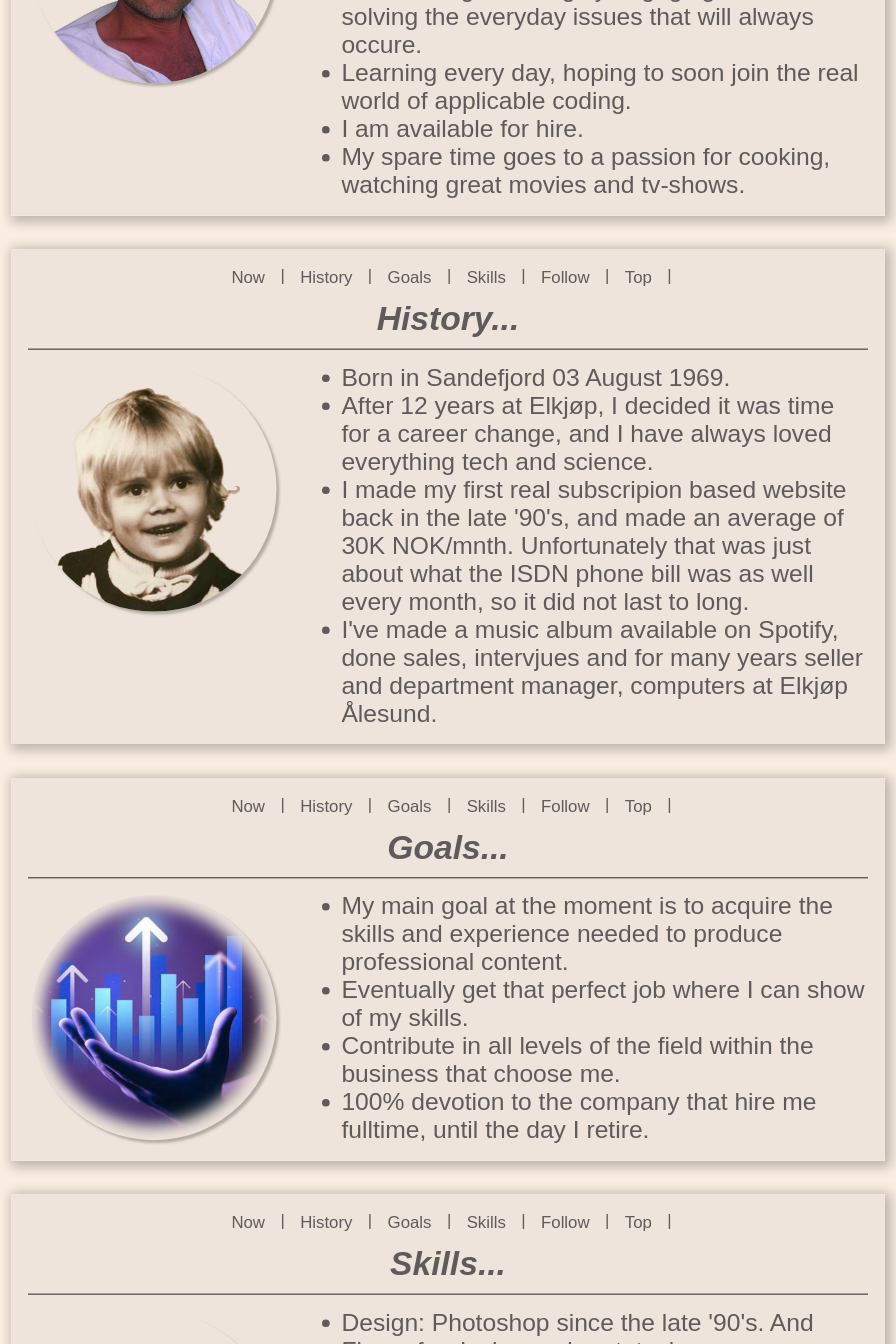
Repository: runeunhjem/portfolio1-ca
Page: about.html
An editor plug-in stored every save of this project. The page is shown before and after a run of saves, followed by the edit.
The browser window is 1280 px wide. The pictures show the part of the page from y = 767 to 2687 px (the page is 4000 px tall before and 4040 px after), at 70% of full size.
Some web fonts or font styles are not loaded; a fallback is used. The style sheet was rebuilt from its Sass, Less or Tailwind sources for each picture, by a compiler version that may differ from the author's.

Above is the page before, as saved 2023-06-07 18:42:21.

### about.html
<!DOCTYPE html>
<html lang="en">
<head>
  <meta charset="UTF-8">
  <meta http-equiv="X-UA-Compatible" content="IE=edge">
  <meta name="viewport" content="width=device-width, initial-scale=1.0">
  <meta name="keywords" content="Works, Projects, Overviev, About me, Rune Unhjem, Runicorn Design, Front End Developer">
  <meta name="description" content="Portfolio 1, Course Assignment, Read all about me, Rune Unhjem, Runicorn Design, Front End Developer">
  <link rel="stylesheet" href="css/styles.css">
  <link rel="stylesheet" href="css/carousel.css">
  <link rel="stylesheet" href="css/about.css">
  <link rel="stylesheet" href="css/footer.css">
  <link rel="shortcut icon" href="favicon.ico" type="image/x-icon">
  <link rel="stylesheet" href="css/media-queries.css">
  <script src="js/script.js" defer></script>
  <title>Portfolio 1 - All about me</title>
</head>
<body class="flex-column">
  <header class="header flex" id="header-section">
    <a class="header-left flex" href="index.html">
    <div class="flex">
        <span class="out-of-view">Runicorn Design</span>
      </div>
    </a>
    <div class="header-right flex-column">
      <nav class="hamburger flex"></nav>
      <nav class="navbar flex">
        <button class="nav-button">Home</button>
        <button class="nav-button active">About</button>
        <button class="nav-button">Contact</button>
      </nav>
    </div>
  </header>
  <main class="flex-column">
    <h1 class="about-me-header flex">Read all about me</h1>
    <section class="about now" id="now-section">
      <div class="now flex-column">
        <div class="about-shortcuts flex">
          <a class="about-shortcut flex" href="#now-section">Now</a>|
          <a class="about-shortcut flex" href="#history-section">History</a>|
          <a class="about-shortcut flex" href="#goals-section">Goals</a>|
          <a class="about-shortcut flex" href="#skills-section">Skills</a>|
          <a class="about-shortcut flex" href="#follow-section">Follow</a>|
          <a class="about-shortcut flex" href="#header-section">Top</a>|
        </div>
        <h2 class="card-header flex">Now...</h2>
        <div class="about-me-card flex">
          <div class="profile-pic flex">
            <img class="profile-picture" src="images/rune-profile-pic-medium.png" alt="Profile picture of Rune">
          </div>
          <div class="intro-right about-right flex-column">
            <ul>
              <li class="about-li">I live in Kristiansand with my fiancé, and I am currently a student of <b>Front End Development</b> at Noroff School of Technology and Digital Media and I am scheduled to finish up June 2024.</li>
              <li class="about-li">I find coding to be highly engaging, and love solving the everyday issues that will always occure.</li>
              <li class="about-li">Learning every day, hoping to soon join the real world of applicable coding.</li>
              <li class="about-li">I am available for hire.</li>
              <li class="about-li">My spare time goes to a passion for cooking, watching great movies and tv-shows.</li>
            </ul>
          </div>
        </div>
      </div>
    </section>
    <section class="about history" id="history-section">
      <div class="history flex-column">
        <div class="about-shortcuts flex">
          <a class="about-shortcut flex" href="#now-section">Now</a>|
          <a class="about-shortcut flex" href="#history-section">History</a>|
          <a class="about-shortcut flex" href="#goals-section">Goals</a>|
          <a class="about-shortcut flex" href="#skills-section">Skills</a>|
          <a class="about-shortcut flex" href="#follow-section">Follow</a>|
          <a class="about-shortcut flex" href="#header-section">Top</a>|
        </div>
        <h2 class="card-header flex">History...</h2>
        <div class="about-me-card flex">
          <div class="profile-pic flex">
            <img class="profile-picture" src="images/rune-profile-pic-youngster.png" alt="Profile picture of young Rune">
          </div>
          <div class="intro-right about-right flex-column">
            <ul>
              <li class="about-li">Born in Sandefjord 03 August 1969.</li>
              <li class="about-li">After 12 years at Elkjøp, I decided it was time for a career change, and I have always loved everything tech and science.</li>
              <li class="about-li">I made my first real subscripion based website back in the late '90's, and made an average of 30K NOK/mnth. Unfortunately that was just about what the ISDN phone bill was as well every month, so it did not last to long.</li>
              <li class="about-li">I've made a music album available on Spotify, done sales, intervjues and for many years seller and department manager, computers at Elkjøp Ålesund.</li>
            </ul>
          </div>
        </div>
      </div>
    </section>
    <section class="about goals" id="goals-section">
      <div class="goals flex-column">
        <div class="about-shortcuts flex">
          <a class="about-shortcut flex" href="#now-section">Now</a>|
          <a class="about-shortcut flex" href="#history-section">History</a>|
          <a class="about-shortcut flex" href="#goals-section">Goals</a>|
          <a class="about-shortcut flex" href="#skills-section">Skills</a>|
          <a class="about-shortcut flex" href="#follow-section">Follow</a>|
          <a class="about-shortcut flex" href="#header-section">Top</a>|
        </div>
        <h2 class="card-header flex">Goals...</h2>
        <div class="about-me-card flex">
          <div class="profile-pic flex">
            <img class="profile-picture" src="images/rune-goals-pic.png" alt="Goals picture">
          </div>
          <div class="intro-right about-right flex-column">
            <ul>
              <li class="about-li">My main goal at the moment is to acquire the skills and experience needed to produce professional content.</li>
              <li class="about-li">Eventually get that perfect job where I can show of my skills.</li>
              <li class="about-li">Contribute in all levels of the field within the business that choose me.</li>
              <li class="about-li">100% devotion to the company that hire me fulltime, until the day I retire.</li>
            </ul>
          </div>
        </div>
      </div>
    </section>
    <section class="about skills" id="skills-section">
      <div class="skills flex-column">
        <div class="about-shortcuts flex">
          <a class="about-shortcut flex" href="#now-section">Now</a>|
          <a class="about-shortcut flex" href="#history-section">History</a>|
          <a class="about-shortcut flex" href="#goals-section">Goals</a>|
          <a class="about-shortcut flex" href="#skills-section">Skills</a>|
          <a class="about-shortcut flex" href="#follow-section">Follow</a>|
          <a class="about-shortcut flex" href="#header-section">Top</a>|
        </div>
        <h2 class="card-header flex">Skills...</h2>
        <div class="about-me-card flex">
          <div class="profile-pic flex">
            <img class="profile-picture" src="images/rune-skills-pic.png" alt="Skillset image">
          </div>
          <div class="intro-right about-right flex-column">
            <ul>
              <li class="about-li">Design: Photoshop since the late '90's. And Figma for design and prototyping.</li>
              <li class="about-li">Figma for design and prototyping.</li>
              <li class="about-li">HTML 5</li>
              <li class="about-li">CSS 3 & SCSS</li>
              <li class="about-li">JavaScript</li>
            </ul>
            <div class="skill-icons flex">
              <a href="https://www.adobe.com/uk/products/photoshop.html" target="_blank" rel="noreferrer">
                <span class="out-of-view">Photoshop</span>
                <img src="https://raw.githubusercontent.com/danielcranney/readme-generator/main/public/icons/skills/photoshop-colored.svg" alt="Photoshop">
              </a>
              <a href="https://www.figma.com/" target="_blank" rel="noreferrer">
                <span class="out-of-view">Figma</span>
                <img src="https://raw.githubusercontent.com/danielcranney/readme-generator/main/public/icons/skills/figma-colored.svg" alt="Figma">
              </a>
              <a href="https://developer.mozilla.org/en-US/docs/Web/JavaScript" target="_blank" rel="noreferrer">
                <span class="out-of-view">JavaScript</span>
                <img src="https://raw.githubusercontent.com/danielcranney/readme-generator/main/public/icons/skills/javascript-colored.svg" alt="JavaScript">
              </a>
              <a href="https://developer.mozilla.org/en-US/docs/Glossary/HTML5" target="_blank" rel="noreferrer">
                <span class="out-of-view">HTML 5</span>
                <img src="https://raw.githubusercontent.com/danielcranney/readme-generator/main/public/icons/skills/html5-colored.svg" alt="HTML5">
              </a>
              <a href="https://www.w3.org/TR/CSS/#css" target="_blank" rel="noreferrer">
                <span class="out-of-view">CSS 3</span>
                <img src="https://raw.githubusercontent.com/danielcranney/readme-generator/main/public/icons/skills/css3-colored.svg" alt="CSS3">
              </a>
              <a href="https://sass-lang.com/" target="_blank" rel="noreferrer">
                <span class="out-of-view">CSS 3</span>
                <img src="https://raw.githubusercontent.com/danielcranney/readme-generator/main/public/icons/skills/sass-colored.svg" alt="Sass">
              </a>
            </div>
          </div>
        </div>
      </div>
    </section>
    <section class="about follow flex" id="follow-section">
      <div class="follow flex-column">
        <div class="about-shortcuts flex">
          <a class="about-shortcut flex" href="#now-section">Now</a>|
          <a class="about-shortcut flex" href="#history-section">History</a>|
          <a class="about-shortcut flex" href="#goals-section">Goals</a>|
          <a class="about-shortcut flex" href="#skills-section">Skills</a>|
          <a class="about-shortcut flex" href="#follow-section">Follow</a>|
          <a class="about-shortcut flex" href="#header-section">Top</a>|
        </div>
        <h2 class="card-header flex">Follow...</h2>
        <div class="about-me-card flex">
          <div class="profile-pic flex">
            <img class="profile-picture" src="images/rune-social-pic.png" alt="Social media image">
          </div>
          <div class="intro-right about-right flex-column">
            <ul>
              <li class="about-li">
                <a href="https://discord.com/users/rUnIcOrN" target="_blank" rel="noreferrer">Discord</a>
              </li>
              <li class="about-li">
                <a href="https://www.facebook.com/runeunhjem" target="_blank" rel="noreferrer">Facebook</a>
              </li>
              <li class="about-li">
                <a href="https://www.github.com/runeunhjem" target="_blank" rel="noreferrer">GitHub</a>
              </li>
              <li class="about-li">
                <a href="http://www.instagram.com/runeunhjem" target="_blank" rel="noreferrer">Instagram</a>
              </li>
              <li class="about-li">
                <a href="https://www.linkedin.com/in/runeunhjem" target="_blank" rel="noreferrer">LinkedIn</a>
              </li>
              <li class="about-li">
                <a href="https://www.twitter.com/runeunhjem" target="_blank" rel="noreferrer">Twitter</a>
              </li>
              <li class="about-li">
                <a href="https://www.twitter.com/runeunhjem" target="_blank" rel="noreferrer">YouTube</a>
              </li>
            </ul>
            <div class="skill-icons flex">
              <a href="https://discord.com/users/rUnIcOrN" target="_blank" rel="noreferrer">
                <span class="out-of-view">Discord</span>
                <img src="https://raw.githubusercontent.com/danielcranney/readme-generator/main/public/icons/socials/discord.svg" alt="Discord icon">
              </a>
              <a href="https://www.facebook.com/runeunhjem" target="_blank" rel="noreferrer">
                <span class="out-of-view">Facebook</span>
                <img src="https://raw.githubusercontent.com/danielcranney/readme-generator/main/public/icons/socials/facebook.svg" alt="Facebook icon">
              </a>
              <a href="https://www.github.com/runeunhjem" target="_blank" rel="noreferrer">
                <span class="out-of-view">GitHub</span>
                <img src="https://raw.githubusercontent.com/danielcranney/readme-generator/main/public/icons/socials/github.svg" alt="GitHub icon">
              </a>
              <a href="http://www.instagram.com/runeunhjem" target="_blank" rel="noreferrer">
                <span class="out-of-view">Instagram</span>
                <img src="https://raw.githubusercontent.com/danielcranney/readme-generator/main/public/icons/socials/instagram.svg" alt="Instagram icon">
              </a>
              <a href="https://www.linkedin.com/in/runeunhjem" target="_blank" rel="noreferrer">
                <span class="out-of-view">LinkedIn</span>
                <img src="https://raw.githubusercontent.com/danielcranney/readme-generator/main/public/icons/socials/linkedin.svg" alt="LinkedIn icon">
              </a>
              <a href="https://www.twitter.com/runeunhjem" target="_blank" rel="noreferrer">
                <span class="out-of-view">Twitter</span>
                <img src="https://raw.githubusercontent.com/danielcranney/readme-generator/main/public/icons/socials/twitter.svg" alt="Twitter icon">
              </a>
              <a href="https://www.youtube.com/c/runeunhjem" target="_blank" rel="noreferrer">
                <span class="out-of-view">YouTube</span>
                <img src="https://raw.githubusercontent.com/danielcranney/readme-generator/main/public/icons/socials/youtube.svg" alt="YouTube icon">
              </a>
            </div>
          </div>
        </div>
      </div>
    </section>
  </main>
  <footer class="footer-container flex" id="footer-container">
    <div class="footer-left flex-column">
      <nav class="footer-nav" aria-label="Footer navigation">
        <ul class="footer-links">
          <li class=" menu-item flex">
            <a class="link-reset" href="index.html">Home</a>
          </li>
          <li class=" menu-item flex">
            <a class="link-reset" href="https://github.com/runeunhjem/portfolio1-ca/blob/main/README.md">README</a>
          </li>
          <li class=" menu-item flex">
            <a class="link-reset active" href="about.html">About</a>
          </li>
          <li class=" menu-item flex">
            <a class="link-reset" href="contact.html">Contact</a>
          </li>
        </ul>
      </nav>
    </div>
    <div class="footer-center flex-column">
      <p id="phone"><a class="phone link-reset" href="tel:+4793267611">+47 93 26 76 11</a></p>
      <p id="weblink"><a class="weblink link-reset" href="https://www.runeunhjem.no">runeunhjem.no</a></p>
      <p id="mail"><a class="mail link-reset" href="mailto:runeunhjem@gmail.com">runeunhjem@gmail.com</a></p>
      <div class="social flex">
        <a class="link-reset" href="https://www.linkedin.com/in/runeunhjem/" target="_blank">
          <span class="out-of-view">LinkedIn</span>
          <img class="social-icon linkedin-icon" src="images/ico-linkedin.svg" alt="LinkedIn">
        </a>
        <a class="link-reset" href="https://www.facebook.com/runeunhjem" target="_blank">
          <span class="out-of-view">Facebook</span>
          <img class="social-icon facebook-icon" src="images/ico-facebook.svg" alt="Facebook">
        </a>
        <a class="link-reset" href="https://www.instagram.com/runeunhjem/" target="_blank">
          <span class="out-of-view">Instagram</span>
          <img class="social-icon instagram-icon" src="images/ico-instagram.svg" alt="Instagram">
        </a>
        <a class="link-reset" href="https://www.github.com/runeunhjem/" target="_blank">
          <span class="out-of-view">GitHub</span>
          <img class="social-icon github-icon" src="images/ico-github.svg" alt="GitHub">
        </a>
        <a class="link-reset" href="https://open.spotify.com/artist/56ZSG2Q1JKydX5X9rTZxrq?si=787xAZCQT2yu8PKN5Dhopw" target="_blank">
          <span class="out-of-view">Spotify</span>
          <img class="social-icon spotify-icon" src="images/ico-spotify.svg" alt="Spotify">
        </a>
      </div>
    </div>
    <div class="footer-right flex">
      <a  class="footer-logo" href="index.html" aria-label="Home">
        <span class="out-of-view">Home</span>
      </a>
    </div>
  </footer>
  <div class="copyright flex">
    <p class="copyright flex">All rights reserved © 2023</p>
  </div>
  <div class="fly-in-menu flex" role="navigation" aria-label="Flyin-menu">
    <ol class="menu-list">
      <li class="fly-in-item flex">Home</li>
      <li class="fly-in-item flex active">About</li>
      <li class="fly-in-item flex">Contact</li>
      <li class="flex project-list-item">
        <span class="project-toggle">Relevant projects</span>
        <ol class="project-list flex">
          <li class="fly-in-item flex">Visit Game Hub</li>
          <li class="fly-in-item flex">Visit CMS</li>
          <li class="fly-in-item flex">Visit Chef's Table</li>
        </ol>
      </li>
      <li class="flex project-list-item">
        <span class="other-project-toggle">Other projects</span>
        <ol class="other-project-list flex">
          <li class="fly-in-item flex">My album on Spotify</li>
          <li class="fly-in-item flex">This is my TV</li>
          <li class="fly-in-item flex">IMDB API search</li>
        </ol>
      </li>
      <li class="fly-in-item flex">Portfolio README</li>
    </ol>
  </div>
</body>
</html>

### css/about.scss
.about, .history, .goals, .skills, .follow {
  height: auto;
  width: 100%;
}
.about-me-header {
  justify-content: center;
  text-align: center;
  margin: 1em 0 0 0;
  max-width: 100%;
  font-size: 4.5rem;
  font-style: italic;
  font-family: var(--font-family-koho);
  color: var(--color-text-dark);
}
.about-shortcuts {
  gap: 0.5em;
  max-width: 100%;
  justify-content: center;
  a {
    padding: 3px 10px;
    justify-content: center;
    border-radius: var(--border-radius-12px);
    // min-width: 82px;
    transition: all 0.1s ease-in-out;
    &:hover {
      cursor: pointer;
      color: var(--color-active);
      box-shadow: var(--box-shadow-buttons-hover);
    }
  }
}

.about-li {
  max-width: 100%;
  margin-left: 2.5em;
  a:hover {
    color: var(--color-active);
    font-weight: 500;
  }
}
.skill-icons {
  gap: 1em;
  margin: 1em 0 0 2.5em;
  img {
    height: 48px;
    width: 48px;
    object-fit: cover;
    transition: all 0.1s ease-in-out;
    &:hover {
      cursor: pointer;
      transform: scale(1.5);
      color: var(--color-black);
      font-size: 1.95rem;
    }
  }
}
.about-me-card {
  max-width: 100%;
  width: 100%;
  flex-wrap: nowrap;
}
.profile-pic {
  align-items: center;
  border-radius: 50%;
  margin: 0.2em;
  min-width: 20%;
}
.profile-picture {
  display: flex;
  justify-content: center;
  align-items: center;
  object-fit: contain;
  transition: all 0.3s ease-in-out;
  box-shadow: var(--box-shadow-buttons);
  &:hover {
    box-shadow: var(--box-shadow-buttons-hover);
    background-color: var(--color-white);
    transform: scale(1.1);
  }
  max-width: 100%;
  border-radius: 50%;
}

.card-header {
  justify-content: center;
  margin: 0 0 0.4em 0;
  padding: 0.3em 0;
  border-bottom: 2px solid var(--color-text-dark);
  width: 100%;
  text-align: center;
  font-size: 3rem;
  font-style: italic;
}

.about-right {
  width: 80%;
  padding: 0;
  font-size: 2.2rem;
}

Loaded but not shown: js/script.js (123 lines, source omitted); css/styles.scss (355 lines, source omitted); css/carousel.scss (206 lines, source omitted); css/media-queries.scss (208 lines, source omitted); css/footer.scss (130 lines, source omitted)

After the next 5 saves:
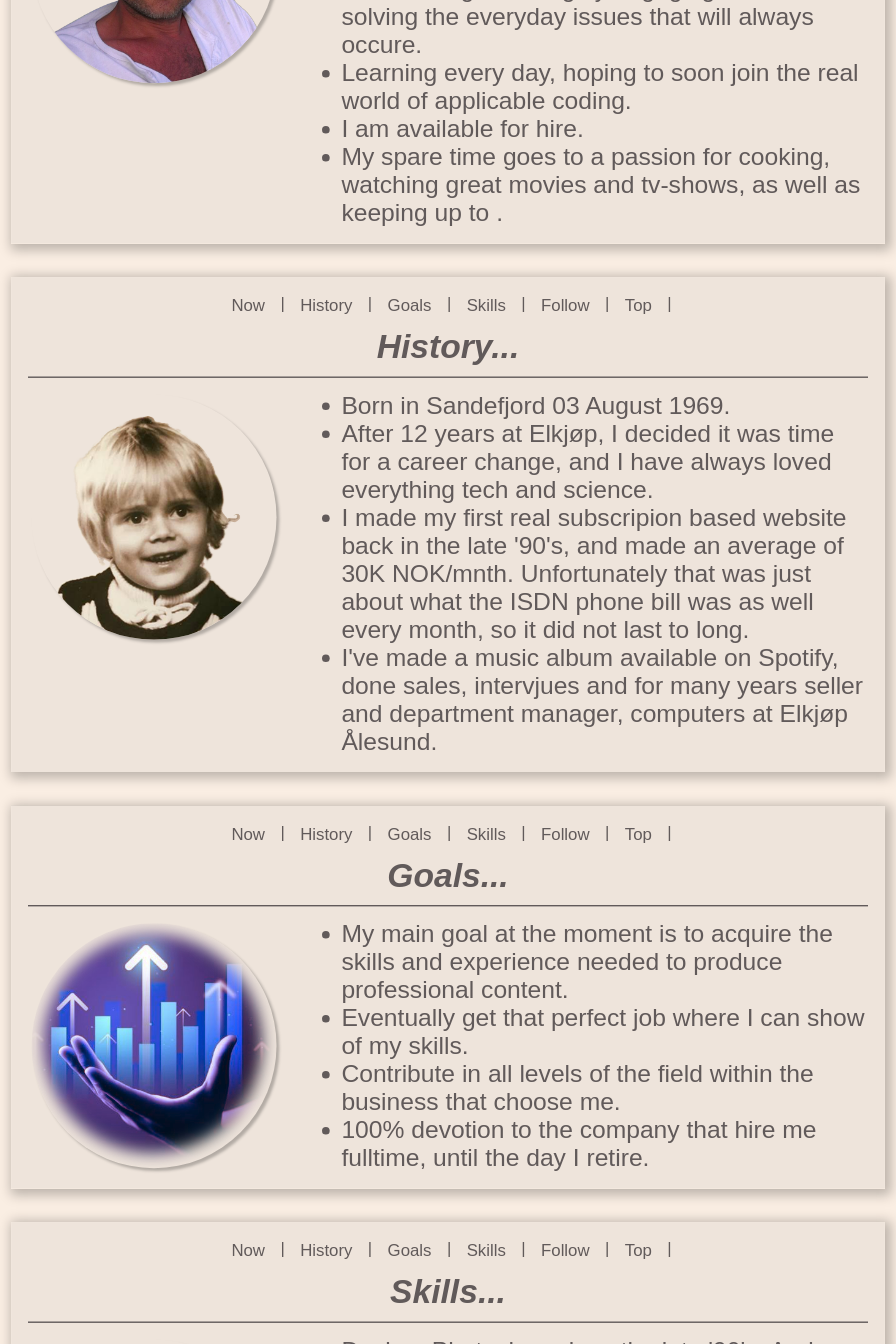
The 5 saves are shown as one change because they came seconds apart.
The last was saved 14 s later.
--- a/about.html
+++ b/about.html
@@ -54,7 +54,7 @@
               <li class="about-li">I find coding to be highly engaging, and love solving the everyday issues that will always occure.</li>
               <li class="about-li">Learning every day, hoping to soon join the real world of applicable coding.</li>
               <li class="about-li">I am available for hire.</li>
-              <li class="about-li">My spare time goes to a passion for cooking, watching great movies and tv-shows.</li>
+              <li class="about-li">My spare time goes to a passion for cooking, watching great movies and tv-shows, as well as keeping up to .</li>
             </ul>
           </div>
         </div>
